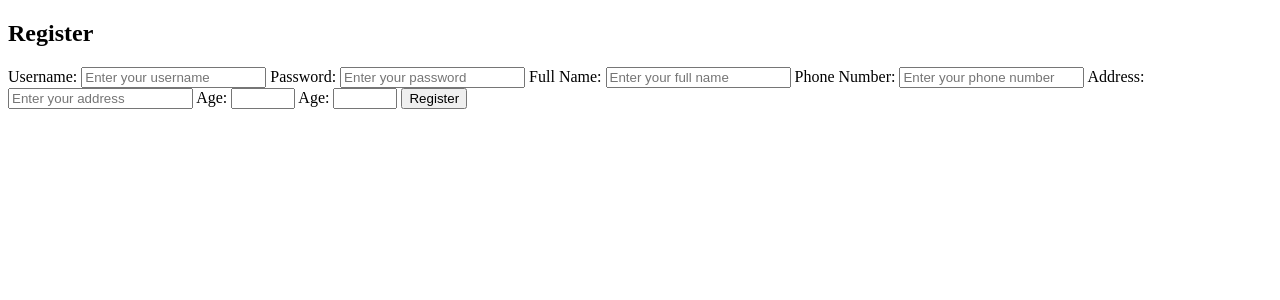
Repository: Loc2804/LTM
Page: http://localhost/RestaurantProject/Register.jsp
These files come from the project's save history. The page is drawn as it stood at one moment and after the next save; the edit follows.
The browser window is 1280 px wide. The pictures show the whole page.
The page is served by Tomcat 10.

Above is the page before, as saved 2024-12-07 08:43:41.

After the next save:
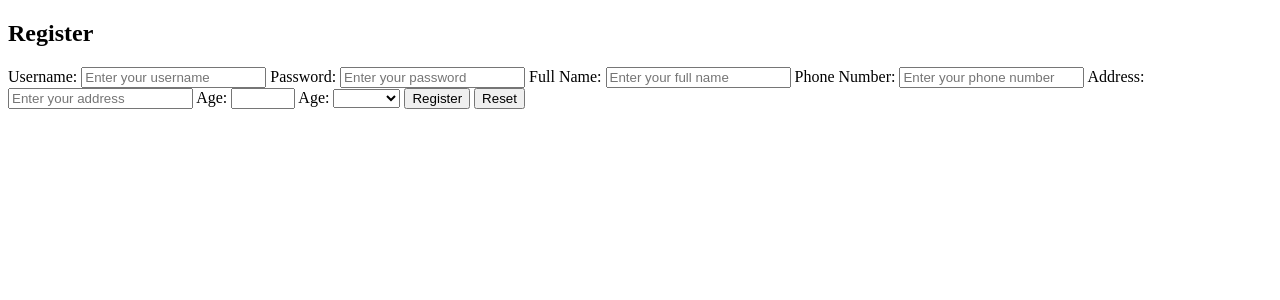
Saved 81 s later.
--- a/RestaurantProject/src/main/webapp/Register.jsp
+++ b/RestaurantProject/src/main/webapp/Register.jsp
@@ -33,10 +33,14 @@
             <input type="number" id="age" name="age" class="input-field" min="1" max="120" required>
 
             <label for="gender">Age:</label>
-            <input type="number" id="age" name="age" class="input-field" min="1" max="120" required>
+            <select name="gender">
+            	<option value="" ></option>
+            	<option value="female">Female</option>
+            </select>
 
 			<input type="hidden" name="action" value="signup" class="input-field" required>
             <button type="submit" class="btn">Register</button>
+            <button type="reset" class="btn">Reset</button>
         </form>
         <%
             String errorMessage = (String) request.getAttribute("errorMessage");
